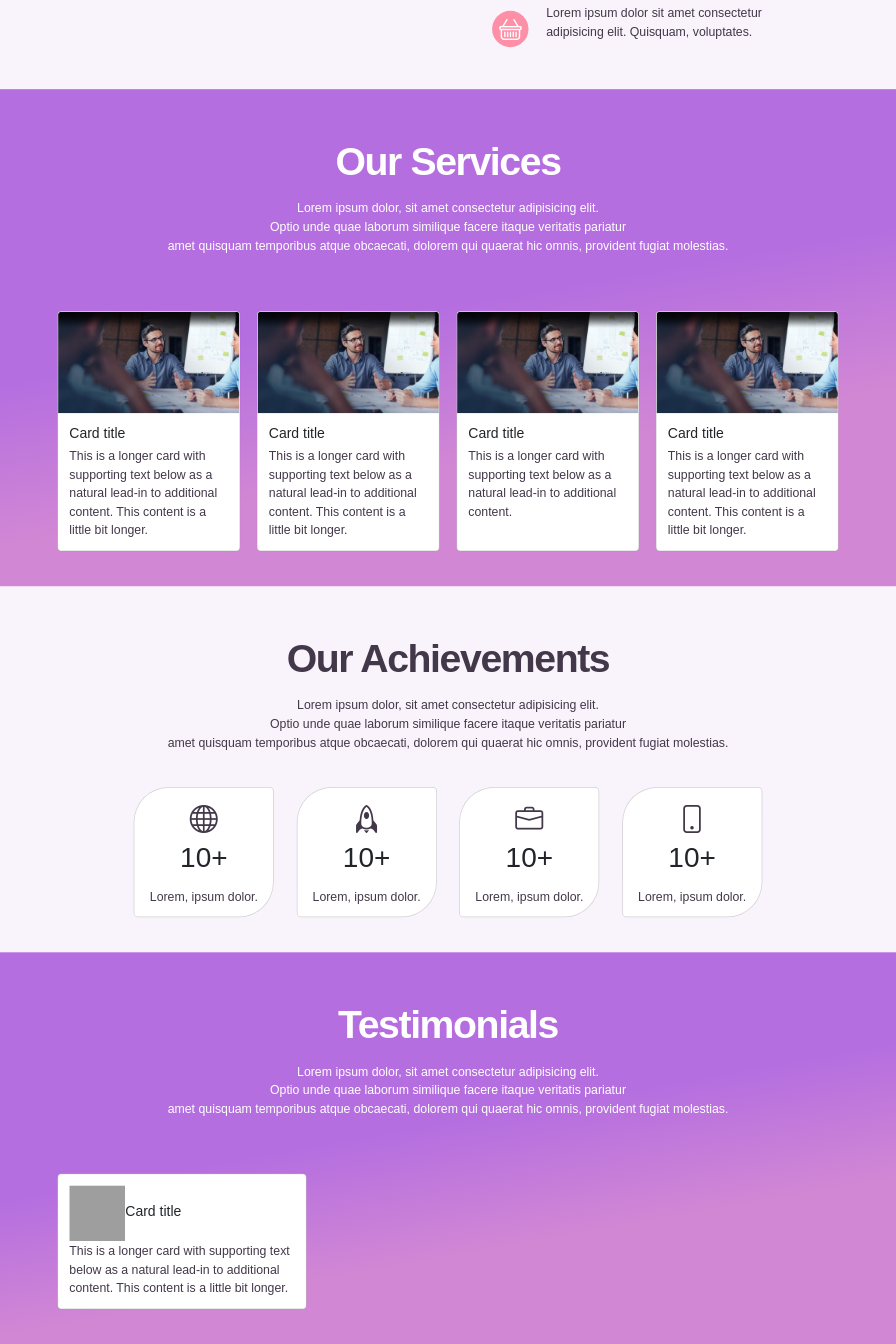
Repository: tagnam/project27012025
Page: index.html
An editor plug-in stored every save of this project. The page is shown before and after a run of saves, followed by the edit.
The browser window is 1280 px wide. The pictures show the part of the page from y = 1289 to 3209 px (the page is 3209 px tall), at 70% of full size.
Pictures or frames that could not be fetched are drawn as grey boxes.

Above is the page before, as saved 2025-01-28 13:04:31.

### index.html
<!DOCTYPE html>
<html lang="en">
    <head>
        <meta charset="UTF-8" />
        <meta name="viewport" content="width=device-width, initial-scale=1.0" />
        <link href="https://cdn.jsdelivr.net/npm/bootstrap@5.3.3/dist/css/bootstrap.min.css" rel="stylesheet" integrity="sha384-QWTKZyjpPEjISv5WaRU9OFeRpok6YctnYmDr5pNlyT2bRjXh0JMhjY6hW+ALEwIH" crossorigin="anonymous" />
        <link rel="stylesheet" href="style/css/index.css" />
        <link rel="stylesheet" href="style/css/animation.css" />
        <link rel="stylesheet" href="style/css/responsive.css" />
        <title>project27012025</title>
    </head>
    <body>
        <header>
            <!-- --------------------------------------------start nav bar ------------------------------->
            <nav class="navbar navbar-expand-lg custom-nav">
                <div class="container">
                    <div class="collapse navbar-collapse justify-content-between" id="navbarSupportedContent">
                        <a class="navbar-brand" href="#">Navbar</a>
                        <ul class="navbar-nav">
                            <li class="nav-item">
                                <a class="nav-link" href="#"><i class="bi bi-facebook"></i></a>
                            </li>
                            <li class="nav-item">
                                <a class="nav-link" href="#"><i class="bi bi-instagram"></i></a>
                            </li>
                            <li class="nav-item">
                                <a class="nav-link" href="#"><i class="bi bi-twitter"></i></a>
                            </li>
                        </ul>
                        <div class="d-flex">
                            <div class="menu-container" type="button" data-bs-toggle="offcanvas" data-bs-target="#offcanvasExample" aria-controls="offcanvasExample">
                                <span class="span-menu-01 menu-icon"></span>
                                <span class="span-menu-02 menu-icon"></span>
                                <span class="span-menu-03 menu-icon"></span>
                            </div>
                        </div>
                    </div>
                </div>
            </nav>

            <!-- ------------------------------start offcanvas ---------------------------------------->
            <div class="offcanvas offcanvas-start" tabindex="-1" id="offcanvasExample" aria-labelledby="offcanvasExampleLabel">
                <div class="offcanvas-header">
                    <h5 class="offcanvas-title" id="offcanvasExampleLabel">Offcanvas</h5>
                    <button type="button" class="btn-close text-reset" data-bs-dismiss="offcanvas" aria-label="Close"></button>
                </div>
                <div class="offcanvas-body">
                    <div>
                        Some text as placeholder. In real life you can have the elements you have chosen. Like, text, images, lists, etc.
                    </div>
                    <div class="dropdown mt-3">
                        <button class="btn btn-secondary dropdown-toggle" type="button" id="dropdownMenuButton" data-bs-toggle="dropdown">
                            Dropdown button
                        </button>
                        <ul class="dropdown-menu" aria-labelledby="dropdownMenuButton">
                            <li><a class="dropdown-item" href="#">Action</a></li>
                            <li><a class="dropdown-item" href="#">Another action</a></li>
                            <li><a class="dropdown-item" href="#">Something else here</a></li>
                        </ul>
                    </div>
                </div>
            </div>
            <!-- -----------------------------end offcanvas ------------------------------------------->
            <!------------------------------------------------ end navbar ----------------------------->
        </header>
        <section class="hero-section">
            <div class="container" style="height: 100%;">
                <div class="row">
                    <div class="col-lg-6 col-md-6 col-sm-12">
                        <div class="banner-content">
                            <h1>Lorem ipsum dolor dolor sit amet, consectetur</h1>
                            <p>
                                Lorem ipsum dolor sit amet, consectetur adipisicing elit. Doloribus in culpa ipsa, amet ad<br />
                                eveniet. Fugiat architecto atque consequuntur repellendus!
                            </p>
                            <button class="btn btn-primary">Get Started</button>
                        </div>
                    </div>
                    <div class="col-lg-6 col-md-6 col-sm-12">
                        <div class="banner-img d-flex justify-content-end">
                            <img src="image/hero-banner-01.webp" class="w-100" alt="" />
                        </div>
                    </div>
                </div>

            </div>
        </section>
        <section class="client-section">
            <div class="container-fluid">
                <div class="row row-cols-3 row-cols-md-6 g-4">
                    <div class="col client-logo">
                        <a class="navbar-brand w-25" href="#">Navbar</a>
                    </div>
                    <div class="col client-logo">
                        <a class="navbar-brand w-25" href="#">Navbar</a>
                    </div>
                    <div class="col client-logo">
                        <a class="navbar-brand w-25" href="#">Navbar</a>
                    </div>
                    <div class="col client-logo">
                        <a class="navbar-brand w-25" href="#">Navbar</a>
                    </div>
                    <div class="col client-logo">
                        <a class="navbar-brand w-25" href="#">Navbar</a>
                    </div>
                    <div class="col client-logo">
                        <a class="navbar-brand w-25" href="#">Navbar</a>
                    </div>
                </div>
            </div>
        </section>

        <section>
            <div class="container">
                <div class="row">
                    <div class="col-lg-6 col-md-6 col-sm-12">
                        <div class="about-row row row-cols-1 row-cols-md-2 g-0">
                            <div class="col">
                                <div class="img">
                                    <img src="image/elearning-08.jpg" class="about-row-img-01 w-100" alt="" />
                                </div>
                            </div>
                            <div class="col">
                                <div class="img">
                                    <img src="image/elearning-08.jpg" class="about-row-img-02 w-100" alt="" />
                                </div>
                            </div>
                            <div class="col">
                                <div class="img">
                                    <img src="image/elearning-08.jpg" class="about-row-img-03 w-100" alt="" />
                                </div>
                            </div>
                            <div class="col">
                                <div class="img">
                                    <img src="image/elearning-08.jpg" class="about-row-img-04 w-100" alt="" />
                                </div>
                            </div>
                        </div>
                    </div>
                    <div class="col-lg-6 col-md-6 col-sm-12">
                        <div class="about-content">
                            <div class="main-heading">
                                <h2>About Us</h2>
                                <p>
                                    Lorem ipsum dolor, sit amet consectetur adipisicing elit. Optio unde quae laborum similique facere itaque veritatis pariatur amet quisquam temporibus atque obcaecati, dolorem qui quaerat hic omnis,
                                    provident fugiat molestias.
                                </p>
                            </div>
                            <div class="about-list">
                                <div class="row">
                                    <div class="col-md-2">
                                        <div class="about-icon">
                                            <i class="bi bi-award"></i>
                                        </div>
                                    </div>
                                    <div class="col-md-10">
                                        <div class="about-text">
                                            <p>Lorem ipsum dolor sit amet consectetur adipisicing elit. Quisquam, voluptates.</p>
                                        </div>
                                    </div>
                                </div>
                                <div class="row">
                                    <div class="col-md-2">
                                        <div class="about-icon">
                                            <i class="bi bi-basket"></i>
                                        </div>
                                    </div>
                                    <div class="col-md-10">
                                        <div class="about-text">
                                            <p>Lorem ipsum dolor sit amet consectetur adipisicing elit. Quisquam, voluptates.</p>
                                        </div>
                                    </div>
                                </div>
                                <div class="row">
                                    <div class="col-md-2">
                                        <div class="about-icon">
                                            <i class="bi bi-award"></i>
                                        </div>
                                    </div>
                                    <div class="col-md-10">
                                        <div class="about-text">
                                            <p>Lorem ipsum dolor sit amet consectetur adipisicing elit. Quisquam, voluptates.</p>
                                        </div>
                                    </div>
                                </div>
                                <div class="row">
                                    <div class="col-md-2">
                                        <div class="about-icon">
                                            <i class="bi bi-basket"></i>
                                        </div>
                                    </div>
                                    <div class="col-md-10">
                                        <div class="about-text">
                                            <p>Lorem ipsum dolor sit amet consectetur adipisicing elit. Quisquam, voluptates.</p>
                                        </div>
                                    </div>
                                </div>
                            </div>
                        </div>
                    </div>
                </div>
            </div>
        </section>
        <section class="service-section">
                <div class="container">
                    <div class="main-heading-white">
                        <h2>Our Services</h2>
                        <p>
                            Lorem ipsum dolor, sit amet consectetur adipisicing elit.<br> Optio unde quae laborum similique facere itaque veritatis pariatur <br>amet quisquam temporibus atque obcaecati, dolorem qui quaerat hic omnis,
                            provident fugiat molestias.
                        </p>
                    </div>
                    <div class="row row-cols-1 row-cols-md-4 g-4">
                        <div class="col">
                          <div class="card h-100">
                            <img src="image/business-banner.jpg" class="card-img-top" alt="...">
                            <div class="card-body">
                              <h5 class="card-title">Card title</h5>
                              <p class="card-text">This is a longer card with supporting text below as a natural lead-in to additional content. This content is a little bit longer.</p>
                            </div>
                          </div>
                        </div>
                        <div class="col">
                          <div class="card h-100">
                            <img src="image/business-banner.jpg" class="card-img-top" alt="...">
                            <div class="card-body">
                              <h5 class="card-title">Card title</h5>
                              <p class="card-text">This is a longer card with supporting text below as a natural lead-in to additional content. This content is a little bit longer.</p>
                            </div>
                          </div>
                        </div>
                        <div class="col">
                          <div class="card h-100">
                            <img src="image/business-banner.jpg" class="card-img-top" alt="...">
                            <div class="card-body">
                              <h5 class="card-title">Card title</h5>
                              <p class="card-text">This is a longer card with supporting text below as a natural lead-in to additional content.</p>
                            </div>
                          </div>
                        </div>
                        <div class="col">
                          <div class="card h-100">
                            <img src="image/business-banner.jpg" class="card-img-top" alt="...">
                            <div class="card-body">
                              <h5 class="card-title">Card title</h5>
                              <p class="card-text">This is a longer card with supporting text below as a natural lead-in to additional content. This content is a little bit longer.</p>
                            </div>
                          </div>
                        </div>
                      </div>
                </div>
        </section>
        <section class="counter-section" style="padding: 50px 0px;">
            <div class="container">
                <div class="main-heading" style="margin-bottom: 50px; text-align: center;">
                    <h2>Our Achievements</h2>
                    <p>
                        Lorem ipsum dolor, sit amet consectetur adipisicing elit.<br> Optio unde quae laborum similique facere itaque veritatis pariatur <br>amet quisquam temporibus atque obcaecati, dolorem qui quaerat hic omnis,
                        provident fugiat molestias.
                    </p>
                </div>
                <div class="row justify-content-center">
                    <div class="col-lg-10 ">
                        <div class="row  g-1 justify-content-center">
                            <div class="col" style="display: flex; justify-content: center;">
                                <div class="card counter-card" >
                                    <div class="counter">
                                        <div class="counter-icon">
                                            <i class="bi bi-globe"></i>
                                        </div>
                                        <h1 class="counter-title">10+</h1>
                                        <p class="counter-text">Lorem, ipsum dolor.</p>
                                    </div>
                                </div>
                            </div>
                            <div class="col" style="display: flex; justify-content: center;">
                                <div class="card counter-card" >
                                    <div class="counter">
                                        <div class="counter-icon">
                                            <i class="bi bi-rocket"></i>
                                        </div>
                                        <h1 class="counter-title">10+</h1>
                                        <p class="counter-text">Lorem, ipsum dolor.</p>
                                    </div>
                                </div>
                            </div>
                            <div class="col" style="display: flex; justify-content: center;">
                                <div class="card counter-card" >
                                    <div class="counter">
                                        <div class="counter-icon">
                                            <i class="bi bi-briefcase"></i>
                                        </div>
                                        <h1 class="counter-title">10+</h1>
                                        <p class="counter-text">Lorem, ipsum dolor.</p>
                                    </div>
                                </div>
                            </div>
                            <div class="col" style="display: flex; justify-content: center;">
                                <div class="card counter-card" >
                                    <div class="counter">
                                            <i class="bi bi-phone"></i>

                                        <h1 class="counter-title">10+</h1>
                                        <p class="counter-text">Lorem, ipsum dolor.</p>
                                    </div>
                                </div>
                            </div>
                        </div>
                    </div>
                </div>
            </div>
        </section>
        <section class="testimonial-section">
            <div class="container">
                <div class="main-heading-white">
                    <h2>Testimonials</h2>
                    <p>
                        Lorem ipsum dolor, sit amet consectetur adipisicing elit.<br />
                        Optio unde quae laborum similique facere itaque veritatis pariatur <br />
                        amet quisquam temporibus atque obcaecati, dolorem qui quaerat hic omnis, provident fugiat molestias.
                    </p>
                </div>
                <div class="row row-cols-1 row-cols-md-3 g-4">
                    <div class="col">
                        <div class="card h-100">
                            <div class="card-body">
                                <div class="img-body">
                                    <img src="..." style="width: 80px; height: 80px;" alt="..." />
                                    <h5 class="card-title">Card title</h5>
                                </div>
                                <p class="card-text">This is a longer card with supporting text below as a natural lead-in to additional content. This content is a little bit longer.</p>
                            </div>
                        </div>
                    </div>


                </div>
            </div>
        </section>

        <script src="https://cdn.jsdelivr.net/npm/bootstrap@5.3.3/dist/js/bootstrap.bundle.min.js" integrity="sha384-YvpcrYf0tY3lHB60NNkmXc5s9fDVZLESaAA55NDzOxhy9GkcIdslK1eN7N6jIeHz" crossorigin="anonymous"></script>
        <script src="style/js/custom.js"></script>
    </body>
</html>

Loaded but not shown: style/css/index.css (244 lines, source omitted); style/js/custom.js (no copy from this time; the picture is the same without it); style/css/animation.css (no stored copy; drawn as an empty file); style/css/responsive.css (no stored copy; drawn as an empty file)

After the next 2 saves:
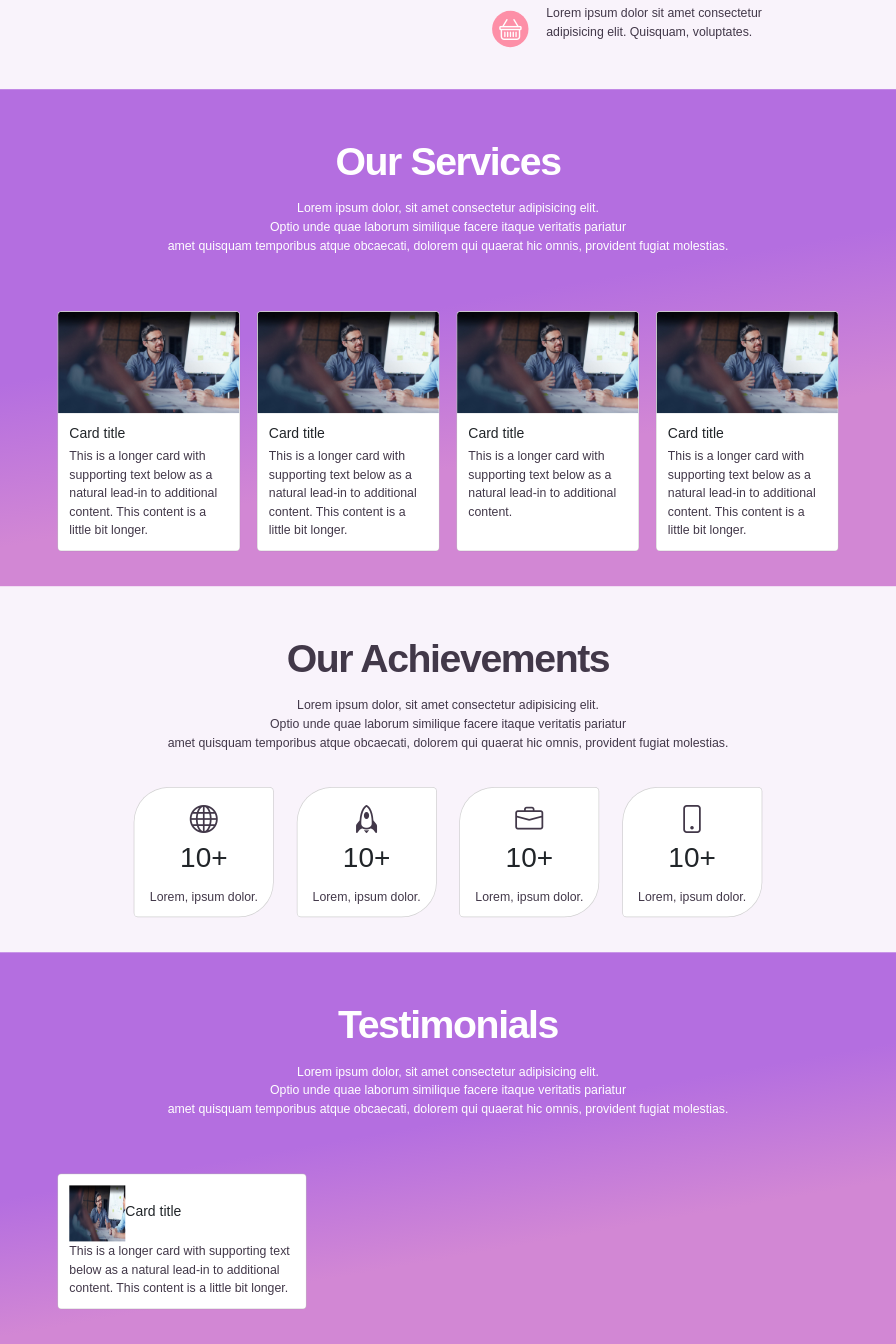
The 2 saves are shown as one change because they came seconds apart.
The last was saved 6 s later.
--- a/index.html
+++ b/index.html
@@ -325,7 +325,7 @@
                         <div class="card h-100">
                             <div class="card-body">
                                 <div class="img-body">
-                                    <img src="..." style="width: 80px; height: 80px;" alt="..." />
+                                    <img src="image/business-banner.jpg" style="width: 80px; height: 80px;" alt="..." />
                                     <h5 class="card-title">Card title</h5>
                                 </div>
                                 <p class="card-text">This is a longer card with supporting text below as a natural lead-in to additional content. This content is a little bit longer.</p>
